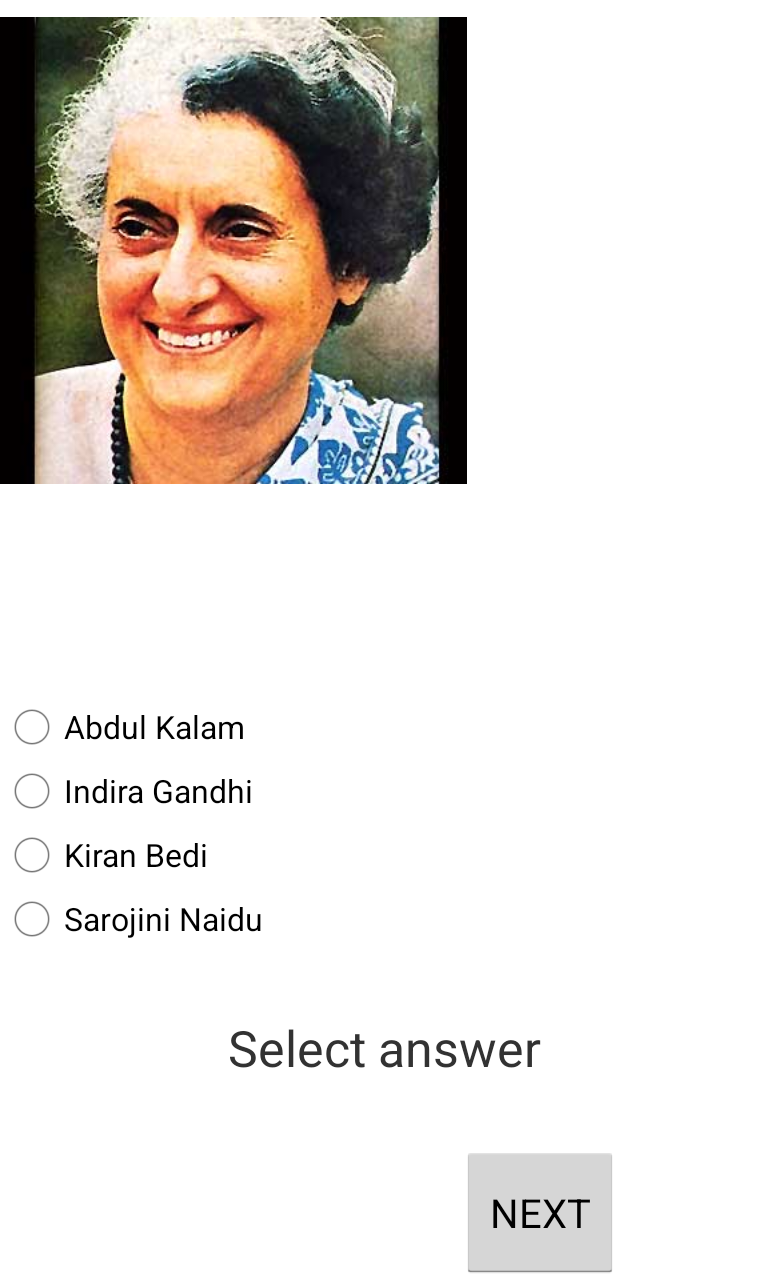
Repository: rupaligarje123/aakash
Layout: androidphotoquiz/FunChem1/photoquiz/res/layout/que6.xml
These files come from the project's save history. The layout is drawn as it stood at one moment and after the next save; the edit follows.
It is drawn on a 768 x 1280 px phone screen (xhdpi) without system bars, with theme AppTheme; the app's code is not run.

Above is the layout before, as saved 2013-04-18 08:39:13.

After the next save:
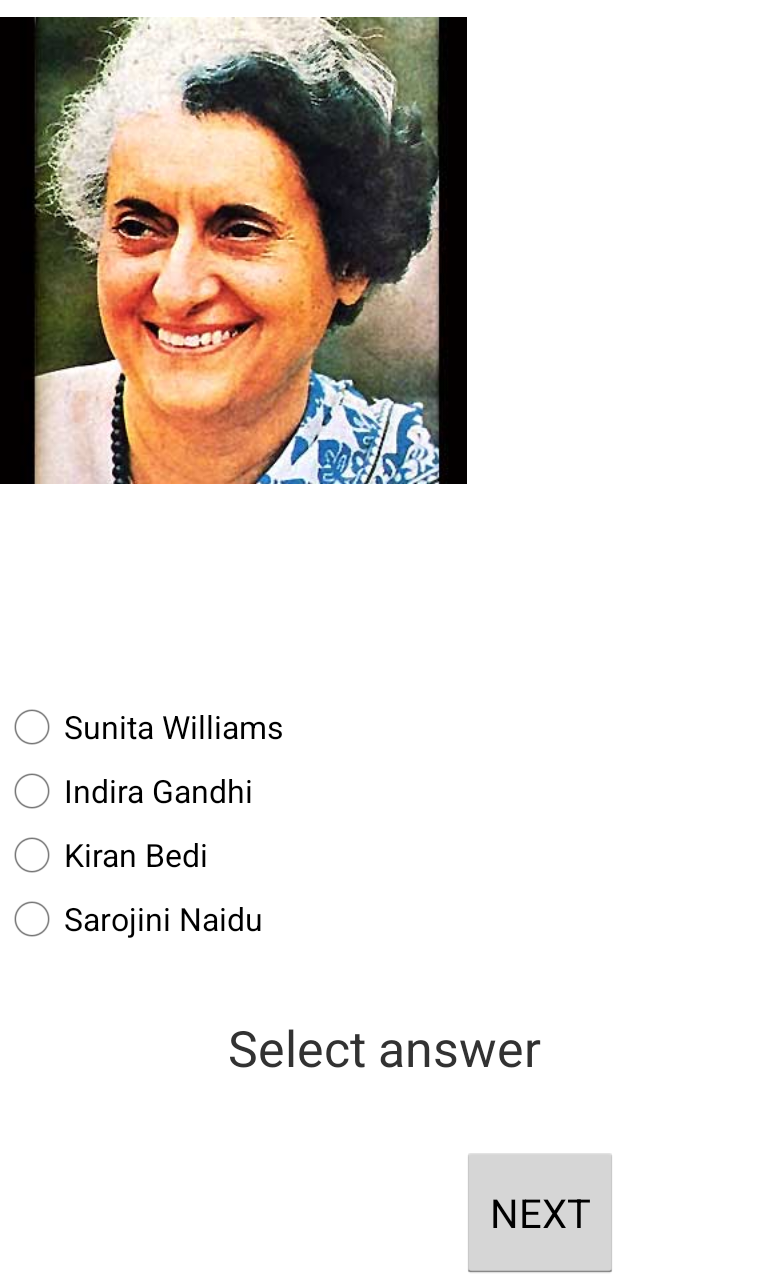
Saved 25 s later.
--- a/androidphotoquiz/FunChem1/photoquiz/res/layout/que6.xml
+++ b/androidphotoquiz/FunChem1/photoquiz/res/layout/que6.xml
@@ -30,7 +30,7 @@
         android:layout_width="match_parent"
         android:layout_height="0dp"
         android:layout_weight="1"
-        android:text="Abdul Kalam" />
+        android:text="Sunita Williams" />
 
     <RadioButton
         android:id="@+id/rd602"
